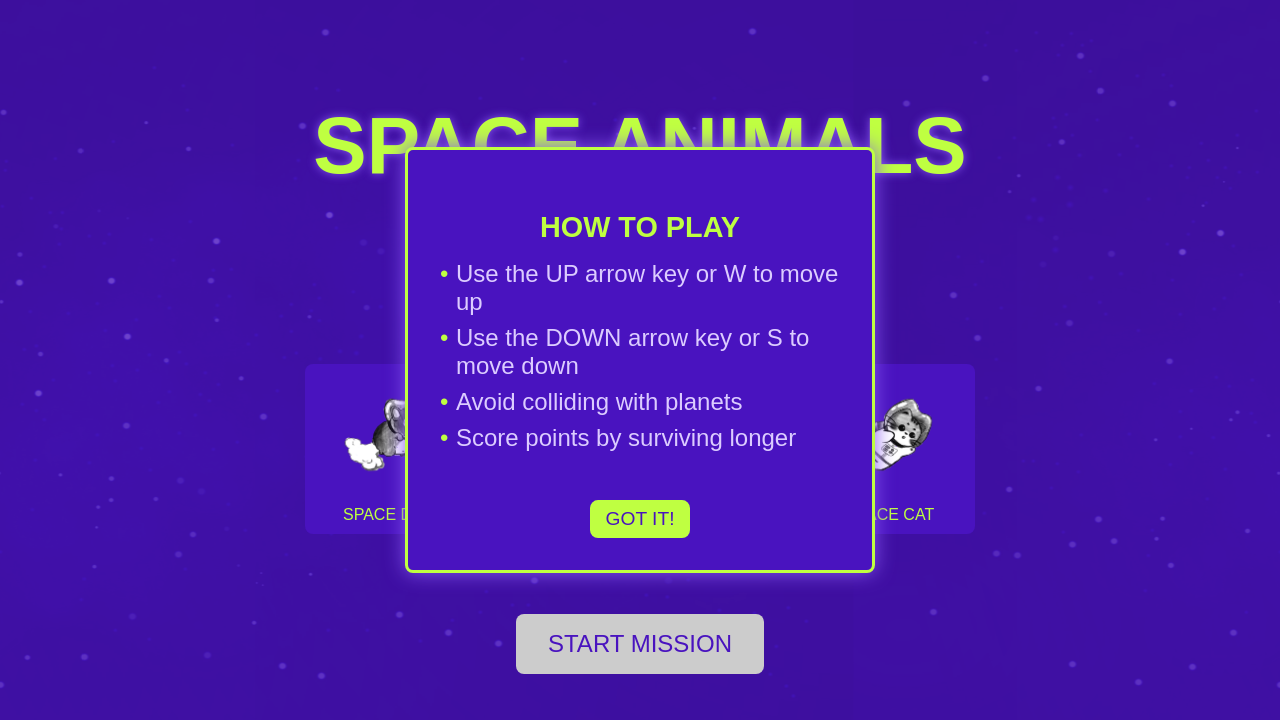
Repository: brunaguarizo/SpaceFarm
Page: index.html
The author's editor kept a copy of each file at every save. The page is drawn from the files as they stood at one save, then again after the next save.
The browser window is 1280 px wide. The pictures show the whole page.
Some web fonts or font styles are not loaded; a fallback is used.

Above is the page before, as saved 2025-04-27 16:36:00.

### index.html
<!DOCTYPE html>
<html lang="en">
    <head>
        <meta charset="UTF-8" />
        <meta
            name="viewport"
            content="width=device-width, initial-scale=1.0" />
        <title>Space Adventure</title>
        <link
            rel="stylesheet"
            href="styles.css" />

        <link
            rel="preconnect"
            href="https://fonts.googleapis.com" />
        <link
            rel="preconnect"
            href="https://fonts.gstatic.com"
            crossorigin />
        <link
            href="https://fonts.googleapis.com/css2?family=Ranchers&display=swap"
            rel="stylesheet" />
    </head>
    <body>
        <div id="game-container">
            <div class="scrolling-background"></div>
            <!-- ----------------------- CHARACTER SELESCTION SCREEN ----------------------- -->
            <div id="character-select">
                <h1>SPACE ANIMALS</h1>
                <div
                    id="instructions-container"
                    class="instructions-box">
                    <h3>HOW TO PLAY</h3>
                    <ul>
                        <li>Use the UP arrow key or W to move up</li>
                        <li>Use the DOWN arrow key or S to move down</li>
                        <li>Avoid colliding with planets</li>
                        <li>Score points by surviving longer</li>
                    </ul>
                    <button id="close-instructions">GOT IT!</button>
                </div>
                <div class="text">CHOOSE A CHARACTER TO START</div>
                <div class="character-options">
                    <div
                        class="character-option"
                        data-character="astronaut">
                        <div class="character-img">
                            <img
                                src="img/dog.png"
                                alt="Space Dog" />
                        </div>
                        <div class="character-label">SPACE DOG</div>
                    </div>
                    <div
                        class="character-option"
                        data-character="alien">
                        <div class="character-img">
                            <img
                                src="img/pig.png"
                                alt="Space Pig" />
                        </div>
                        <div class="character-label">SPACE PIG</div>
                    </div>
                    <div
                        class="character-option"
                        data-character="robot">
                        <div class="character-img">
                            <img
                                src="img/cat.png"
                                alt="Space Cat" />
                        </div>
                        <div class="character-label">SPACE CAT</div>
                    </div>
                </div>
                <button
                    id="confirm-btn"
                    disabled>
                    START MISSION
                </button>
            </div>

            <!-- ----------------------- GAME SCREEN ----------------------- -->

            <div id="game-screen">
                <div id="player"></div>
                <div id="score-container">
                    <div id="score">SCORE: 0</div>
                    <button id="pause-btn">PAUSE</button>
                </div>
            </div>

            <!-- ----------------------- PAUSE SCREEN ----------------------- -->

            <div id="pause-screen">
                <h2>GAME PAUSED</h2>
                <button id="resume-btn">RESUME</button>
            </div>

            <!-- ----------------------- GAME OVER SCREEN ----------------------- -->

            <div id="game-over">
                <h2>GAME OVER</h2>
                <div id="final-score">SCORE: 0</div>
                <button id="restart-btn">PLAY AGAIN</button>
            </div>
        </div>

        <script src="script.js"></script>
    </body>
</html>

### styles.css
/* ------------------------- GENERAL STYLES ------------------------- */

body {
    margin: 0;
    padding: 0;
    overflow: hidden;
    font-family: var(--font-family);
    background-color: var(--mid-green);
}

#game-container {
    position: relative;
    width: 100vw;
    height: 100vh;
    overflow: hidden;
    background-color: var(--dark-purple);
}

.scrolling-background {
    position: absolute;
    top: 0;
    left: 0;
    width: 300vw;
    height: 100vh;
    background-image: url("img/space-bg.jpg");
    background-size: 100vw 100vh;
    background-repeat: repeat-x;
    animation: scrollBackground 30s linear infinite;
    will-change: transform;
}

@keyframes scrollBackground {
    /* BACKGROUND MOVEMENT */
    0% {
        transform: translateX(0);
    }
    100% {
        transform: translateX(-200vw);
    }
}

#character-select,
#game-screen,
#pause-screen,
#game-over {
    position: relative;
    z-index: 1;
}
/* ------------------------- INSTRUCTION BOX------------------------- */

.instructions-box {
    position: absolute;
    top: 50%;
    left: 50%;
    transform: translate(-50%, -50%);
    background-color: var(--dark-purple);
    border: 3px solid var(--light-green);
    border-radius: var(--space-small);
    padding: var(--space-medium);
    z-index: 10;
    max-width: 400px;
    text-align: center;
    box-shadow: 0 0 20px var(--mid-purple);
}

.instructions-box h3 {
    color: var(--light-green);
    font-size: calc(var(--text) * 1.2);
    margin-bottom: var(--space-regular);
}

.instructions-box ul {
    list-style-type: none;
    padding: 0;
    margin-bottom: var(--space-large);
    text-align: left;
}

.instructions-box li {
    color: var(--light-purple);
    font-size: var(--text);
    margin-bottom: var(--space-small);
    padding-left: var(--space-regular);
    position: relative;
}

.instructions-box li:before {
    content: "•";
    color: var(--light-green);
    position: absolute;
    left: 0;
}

#close-instructions {
    padding: var(--space-small) var(--space-regular);
    background-color: var(--light-green);
    color: var(--dark-purple);
    border: none;
    border-radius: var(--space-small);
    font-size: calc(var(--text) * 0.8);
    font-family: var(--font-family);
    cursor: pointer;
    transition: background-color 0.3s;
}

#close-instructions:hover {
    background-color: var(--mid-green);
}
/* ------------------------- CHARACTER SELECTI ------------------------- */
#character-select {
    position: absolute;
    width: 100%;
    height: 100%;
    display: flex;
    flex-direction: column;
    justify-content: center;
    align-items: center;
    z-index: 10;
    background-color: rgba(73, 19, 191, 0.8);
}

h1 {
    color: var(--light-green);
    font-size: var(--header);
    margin-bottom: var(--space-large);
    text-shadow: 0 0 10px var(--mid-purple);
    text-align: center;
}

.text {
    color: var(--light-green);
    font-size: var(--text);
    text-shadow: 0 0 10px var(--mid-purple);
    text-align: center;
    margin-bottom: var(--space-large);
}

.character-options {
    display: flex;
    gap: var(--space-extra-large);
    margin-top: var(--space-large);
    margin-bottom: var(--space-extra-large);
}

.character-option {
    width: 150px;
    height: 150px;
    background-color: var(--dark-purple);
    border-radius: var(--space-small);
    display: flex;
    flex-direction: column;
    align-items: center;
    justify-content: center;
    cursor: pointer;
    transition: transform 0.3s, box-shadow 0.3s;
    padding: var(--space-small);
    border: 2px solid transparent;
    gap: var(--space-small);
}

.character-option:hover {
    transform: scale(1.05);
    box-shadow: 0 0 15px var(--light-purple);
}

.character-option.selected {
    border-color: var(--light-green);
    box-shadow: 0 0 20px var(--light-green);
}

.character-img {
    width: 100%;
    height: 100%;
    display: block;
}

.character-img img {
    width: 100%;
    height: 100%;
    object-fit: contain;
}

.character-label {
    color: var(--light-green);
    font-size: 16px;
    text-align: center;
    text-transform: uppercase;
}

#confirm-btn {
    padding: var(--space-regular) var(--space-medium);
    background-color: var(--light-green);
    color: var(--dark-purple);
    border: none;
    border-radius: var(--space-small);
    font-size: var(--text);
    font-family: var(--font-family);
    cursor: pointer;
    transition: background-color 0.3s;
    text-transform: uppercase;
}

#confirm-btn:hover {
    background-color: var(--mid-green);
}

#confirm-btn:disabled {
    background-color: #cccccc;
    cursor: not-allowed;
}

/* ------------------------- GAME SCREEN -------------------------*/
#game-screen {
    display: none;
    position: absolute;
    width: 100%;
    height: 100%;
    z-index: 5;
}

#player {
    position: absolute;
    width: 250px;
    height: 250px;
    left: var(--space-extra-large);
    top: 50%;
    transform: translateY(-50%);
    line-height: 1;
    z-index: 5;
}

#player img {
    width: 100%;
    height: 100%;
    object-fit: contain;
}

.asteroid {
    position: absolute;
    width: 100px;
    height: 100px;
    border-radius: 50%;
    overflow: hidden;
    box-shadow: 0 0 15px var(--light-purple);
}

.asteroid img {
    width: 100%;
    height: 100%;
    object-fit: cover;
}

#score-container {
    position: absolute;
    top: var(--space-regular);
    right: var(--space-regular);
    display: flex;
    align-items: center;
    gap: var(--space-regular);
    z-index: 5;
}

#score {
    color: var(--light-green);
    font-size: var(--text);
    font-weight: bold;
    background-color: var(--dark-purple);
    padding: var(--space-small) var(--space-regular);
    border-radius: var(--space-small);
    border: 2px solid var(--light-green);
    text-transform: uppercase;
}

#pause-btn {
    background-color: var(--dark-purple);
    color: var(--light-green);
    border: 2px solid var(--light-green);
    border-radius: var(--space-small);
    font-size: var(--text);
    font-family: var(--font-family);
    padding: var(--space-small) var(--space-regular);
    cursor: pointer;
    transition: all 0.3s;
    text-transform: uppercase;
}

#pause-btn:hover {
    background-color: var(--mid-purple);
    box-shadow: 0 0 10px var(--light-purple);
}

/* ------------------------- GAME OVER SCREEN ------------------------- */
#game-over {
    display: none;
    position: absolute;
    top: 0;
    left: 0;
    width: 100%;
    height: 100%;
    background-color: rgba(73, 19, 191, 0.8);
    z-index: 15;
    flex-direction: column;
    justify-content: center;
    align-items: center;
}

#game-over h2 {
    color: var(--light-pink);
    font-size: var(--header);
    margin-bottom: var(--space-regular);
    text-shadow: 0 0 10px var(--mid-pink);
}

#final-score {
    color: var(--light-green);
    font-size: var(--text);
    margin-bottom: var(--space-extra-large);
}

#restart-btn {
    padding: var(--space-regular) var(--space-medium);
    background-color: var(--light-green);
    color: var(--dark-purple);
    border: none;
    border-radius: var(--space-small);
    font-size: var(--text);
    font-family: var(--font-family);
    cursor: pointer;
    transition: background-color 0.3s;
}

#restart-btn:hover {
    background-color: var(--mid-green);
}

/* ------------------------- UTILITY STYLES ------------------------- */

.invisible {
    opacity: 0;
}

/* ------------------------- PAUSE SCREEN ------------------------- */

#pause-screen {
    display: none;
    position: absolute;
    top: 0;
    left: 0;
    width: 100%;
    height: 100%;
    background-color: rgba(73, 19, 191, 0.8);
    z-index: 12;
    flex-direction: column;
    justify-content: center;
    align-items: center;
    color: var(--light-green);
}

#pause-screen h2 {
    font-size: var(--header);
    margin-bottom: var(--space-extra-large);
}

#resume-btn {
    padding: var(--space-regular) var(--space-medium);
    background-color: var(--light-green);
    color: var(--dark-purple);
    border: none;
    border-radius: var(--space-small);
    font-size: var(--text);
    font-family: var(--font-family);
    cursor: pointer;
    transition: background-color 0.3s;
}

#resume-btn:hover {
    background-color: var(--mid-green);
}

/* --------------------------- VARIABLES  --------------------------- */
:root {
    --font-family: "Ranchers", sans-serif;
    --header: 80px;
    --text: 24px;

    --light-green: #bfff41;
    --mid-green: #a3de1a;
    --dark-green: #46b800;
    --light-pink: #ffc2ec;
    --mid-pink: #f0429c;
    --dark-pink: #910b64;
    --light-purple: #dcccff;
    --mid-purple: #8655ef;
    --dark-purple: #4913bf;

    --space-extra-small: 4px;
    --space-small: 8px;
    --space-regular: 16px;
    --space-medium: 32px;
    --space-large: 48px;
    --space-extra-large: 80px;
    --space-huge: 160px;
}

Loaded but not shown: script.js (382 lines, source omitted)

After the next save:
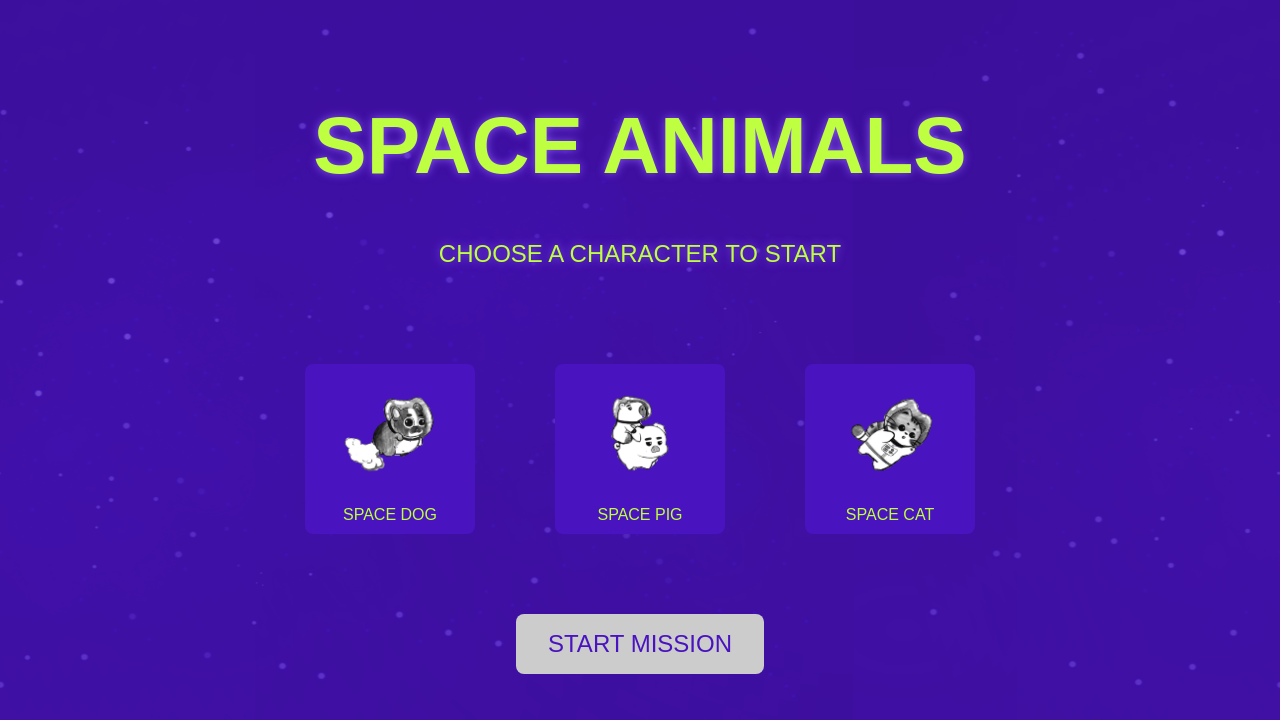
Console error: TypeError: Cannot read properties of null (reading 'addEventListener')
Saved 42 s later.
--- a/index.html
+++ b/index.html
@@ -27,18 +27,7 @@
             <!-- ----------------------- CHARACTER SELESCTION SCREEN ----------------------- -->
             <div id="character-select">
                 <h1>SPACE ANIMALS</h1>
-                <div
-                    id="instructions-container"
-                    class="instructions-box">
-                    <h3>HOW TO PLAY</h3>
-                    <ul>
-                        <li>Use the UP arrow key or W to move up</li>
-                        <li>Use the DOWN arrow key or S to move down</li>
-                        <li>Avoid colliding with planets</li>
-                        <li>Score points by surviving longer</li>
-                    </ul>
-                    <button id="close-instructions">GOT IT!</button>
-                </div>
+
                 <div class="text">CHOOSE A CHARACTER TO START</div>
                 <div class="character-options">
                     <div

After the save that followed:
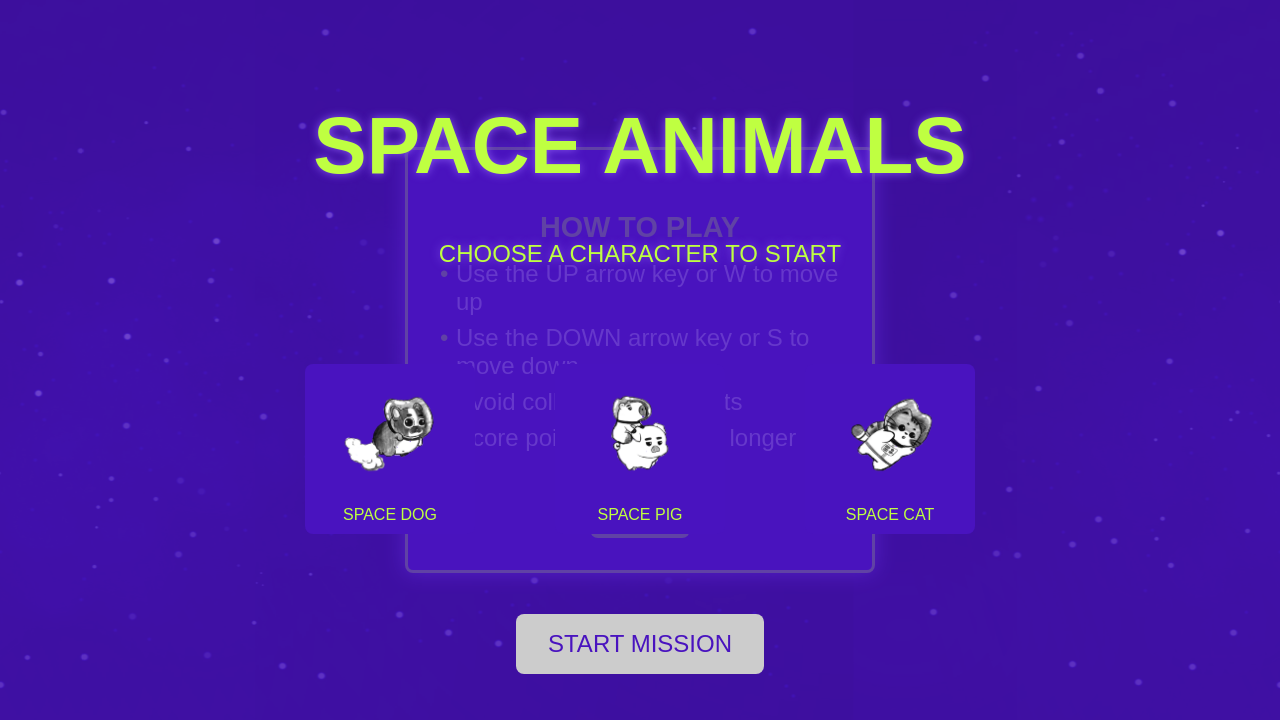
The error is gone.
Saved 7 s later.
--- a/index.html
+++ b/index.html
@@ -24,6 +24,18 @@
     <body>
         <div id="game-container">
             <div class="scrolling-background"></div>
+            <div
+                id="instructions-container"
+                class="instructions-box">
+                <h3>HOW TO PLAY</h3>
+                <ul>
+                    <li>Use the UP arrow key or W to move up</li>
+                    <li>Use the DOWN arrow key or S to move down</li>
+                    <li>Avoid colliding with planets</li>
+                    <li>Score points by surviving longer</li>
+                </ul>
+                <button id="close-instructions">GOT IT!</button>
+            </div>
             <!-- ----------------------- CHARACTER SELESCTION SCREEN ----------------------- -->
             <div id="character-select">
                 <h1>SPACE ANIMALS</h1>
